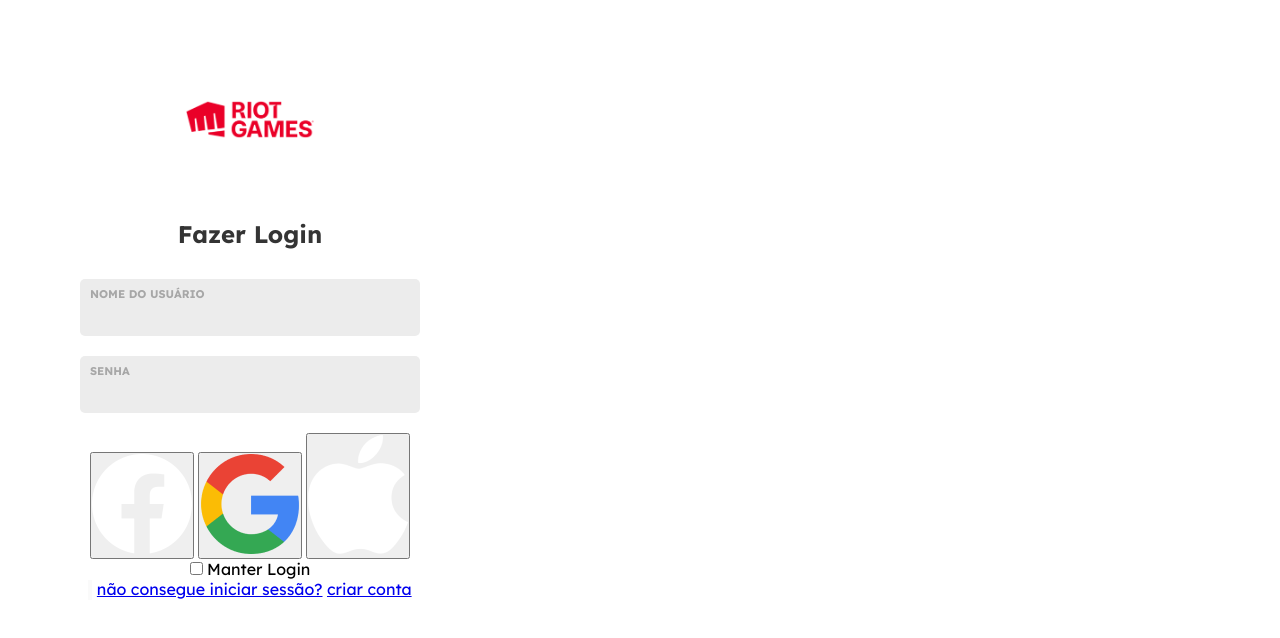
Repository: guilhermecardoso93/lolpage
Page: index.html
The author's editor kept a copy of each file at every save. The page is drawn from the files as they stood at one save, then again after the next save.
The browser window is 1280 px wide. The pictures show the whole page.

Above is the page before, as saved 2022-06-11 21:15:47.

### index.html
<!DOCTYPE html>
<html lang="pt-BR">
  <head>
    <meta charset="UTF-8" />
    <meta http-equiv="X-UA-Compatible" content="IE=edge" />
    <link rel="shortcut icon" href="favicon.ico" type="image/x-icon" />
    <meta name="viewport" content="width=device-width, initial-scale=1.0" />
    <link rel="stylesheet" href="./style.css" />
    <title>League of Legends - Login</title>
  </head>
  <body>
    <main>
      <section class="login">
        <img src="./assets/logo.png" alt="Logo Riot Games" class="login_logo" />
        <h1 class="login_title">Fazer Login</h1>
        <label for="" class="login_label">
          <span class="active">nome do usuário</span>
          <input type="text" name="username" class="input" />
        </label>
        <label for="" class="login_label">
          <span  class="active">senha</span>
          <input type="password" name="password" class="input" />
        </label>
        <div class="login_icons">
          <button type="button" class="icons_button">
            <img src="./assets/facebook-icon.png" alt="facebook" />
          </button>
          <button type="button" class="icons_button">
            <img src="./assets/google-icon.png" alt="google" />
          </button>
          <button type="button" class="icons_button">
            <img src="./assets/apple-icon.png" alt="apple" />
          </button>
        </div>
        <label for="" class="login-label--checkbox">
          <input type="checkbox" class="input--checkout" />
          Manter Login
        </label>
        <div class="wrapper">
          <button type="button" class="login__button" disabled>
            <svg xmlns="http://www.w3.org/2000/svg" viewBox="0 0 448 512">
              <path
                d="M438.6 278.6l-160 160C272.4 444.9 264.2 448 256 448s-16.38-3.125-22.62-9.375c-12.5-12.5-12.5-32.75 0-45.25L338.8 288H32C14.33 288 .0016 273.7 .0016 256S14.33 224 32 224h306.8l-105.4-105.4c-12.5-12.5-12.5-32.75 0-45.25s32.75-12.5 45.25 0l160 160C451.1 245.9 451.1 266.1 438.6 278.6z"
              />
            </svg>
          </button>

          <a href="#" class="login__link">não consegue iniciar sessão?</a>
          <a href="#" class="login__link">criar conta</a>
        </div>
      </section>
      <section class="wallpaper"></section>
    </main>
  </body>
  <script src="./script.js"></script>
</html>

### style.css
@import url("https://fonts.googleapis.com/css2?family=Lexend+Deca:wght@300;400;500;600;700&display=swap");

* {
  margin: 0;
  padding: 0;
  box-sizing: border-box;
  font-family: "Lexend Deca", sans-serif;
}

:root {
  --white: #fff;
  --whitesmoke: #f9f9f9;
  --light-grey: #ececec;
  --grey: #c4c4c4;
  --medium-grey: #a7a7a7;
  --deep-grey: #343434;
  --black: #000000;
  --blue: #1b77f3;
  --red: #cf3c3f;
}

.login {
  display: flex;
  flex-direction: column;
  align-items: center;
  padding: clamp(35px, 8%, 80px);
  width: 100%;
  max-width: 500px;
  min-height: 100vh;
}

.login_logo {
  width: 130px;
  margin-bottom: 80px;
  margin-top: 20px;
}

.login_title {
  color: var(--deep-grey);
  font-size: 1.5rem;
  margin-bottom: 30px;
}

.login_label {
  display: block;
  margin-bottom: 20px;
  width: 100%;
}

.input {
  width: 100%;
  background-color: var(--light-grey);
  border: 2px solid rgba(0, 0, 0, 0);
  border-radius: 5px;
  outline: none;
  font-size: 0.9rem;
  padding: 25px 10px 10px;
  font-weight: 600;
  color: var(--deep-grey);
}

.login_label span {
  position: absolute;
  font-size: 0.8rem;
  font-weight: 700;
  text-transform: uppercase;
  color: var(--medium-grey);
  margin: 20px;
  cursor: text;
}

.input:focus {
  background-color: var(--whitesmoke);
  border: 2px solid var(--deep-grey);
}

.login_label .active {
  font-size: 0.7rem;
  margin: 8px 10px;
}

### script.js
const inputActive = document.querySelectorAll('.input')
const handleFocus = ({target}) => {
  const span = target.previousElementSibling;
  span.classList.add('active')
}

inputActive.forEach((input) => input.addEventListener('focus', handleFocus))

After the next save:
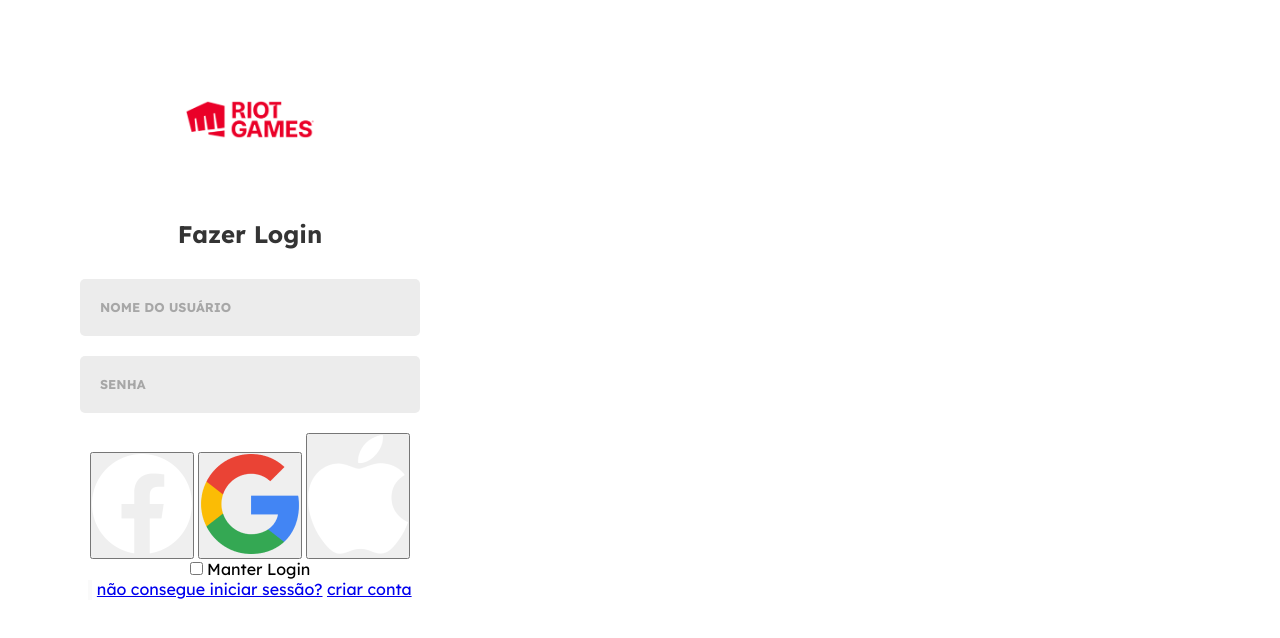
Saved 63 s later.
--- a/index.html
+++ b/index.html
@@ -14,11 +14,11 @@
         <img src="./assets/logo.png" alt="Logo Riot Games" class="login_logo" />
         <h1 class="login_title">Fazer Login</h1>
         <label for="" class="login_label">
-          <span class="active">nome do usuário</span>
+          <span class="span-active">nome do usuário</span>
           <input type="text" name="username" class="input" />
         </label>
         <label for="" class="login_label">
-          <span  class="active">senha</span>
+          <span  class="span-active">senha</span>
           <input type="password" name="password" class="input" />
         </label>
         <div class="login_icons">

After the save that followed:
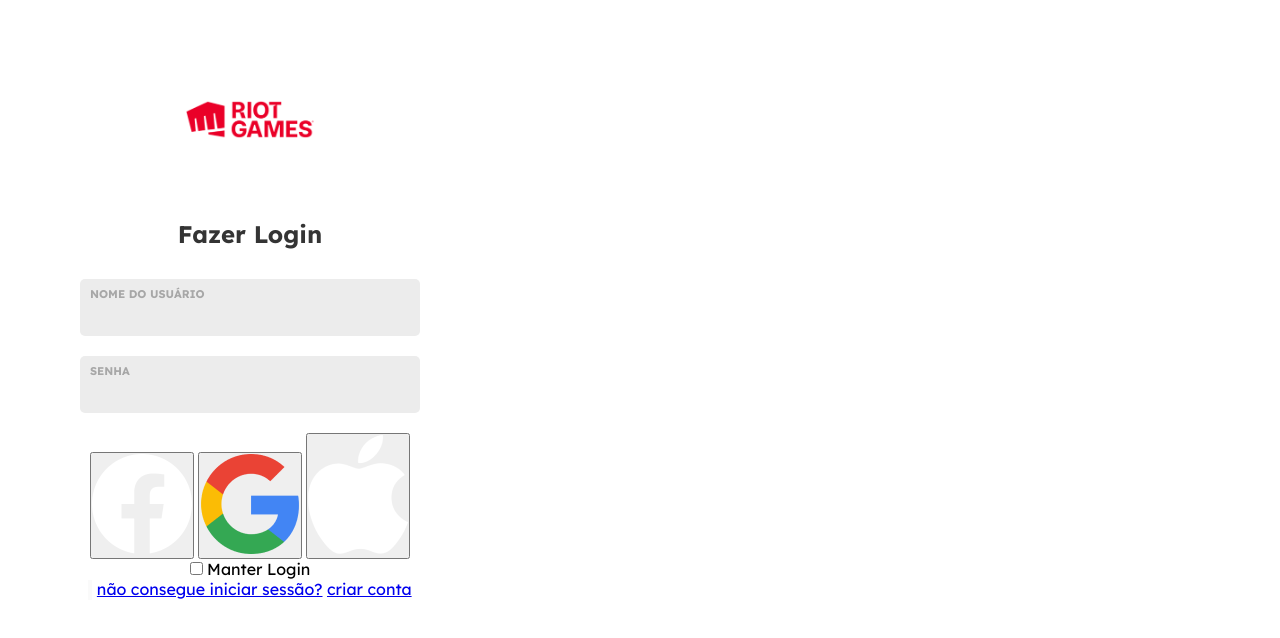
Saved 9 s later.
--- a/style.css
+++ b/style.css
@@ -74,7 +74,7 @@
   border: 2px solid var(--deep-grey);
 }
 
-.login_label .active {
+.login_label .span-active {
   font-size: 0.7rem;
   margin: 8px 10px;
 }
